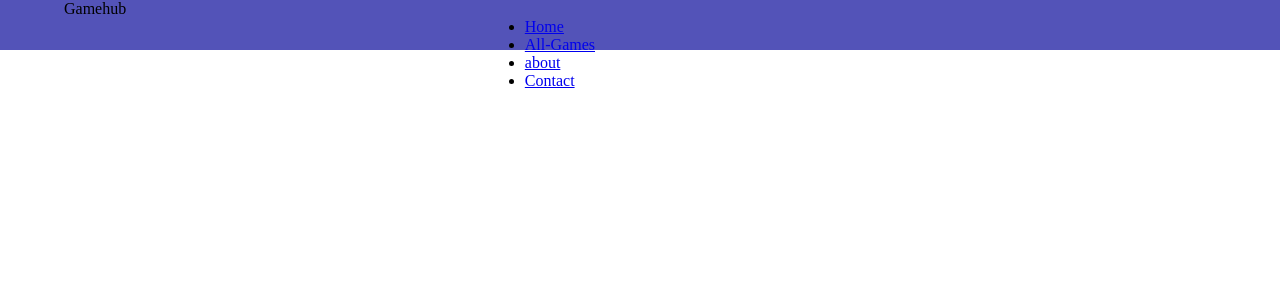
Repository: Fariaddd/New-CA-
Page: index.html
These files come from the project's save history. The page is drawn as it stood at one moment and after the next save; the edit follows.
The browser window is 1280 px wide. The pictures show the whole page.

Above is the page before, as saved 2021-11-13 17:51:53.

### index.html
<!DOCTYPE html>
<html lang="en">
  <head>
    <meta charset="UTF-8" />
    <meta http-equiv="X-UA-Compatible" content="IE=edge" />
    <meta name="viewport" content="width=device-width, initial-scale=1.0" />
    <title>Homepage</title>
    <link rel="stylesheet" href="./css/styles.css" />
  </head>
  <body>
    <header>
      <nav>
        <div class="Logo">Gamehub</div>
        <ul class="links">
          <li><a href="index.html">Home</a></li>
          <li><a href="allgames.html">All-Games</a></li>
          <li><a href="about.html">about</a></li>
          <li><a href="contact.html">Contact</a></li>
        </ul>
      </nav>
    </header>
  </body>
</html>

### css/styles.css
nav {
  position: fixed;
  z-index: 10;
  left: 0;
  right: 0;
  top: 0;
  font-family: "montserrat" sans-serif;
  padding: 0 5%;
  height: 50px;
  background-color: rgb(83, 83, 184);
}

nav .logo {
  float: right;
}

nav .links {
  float: right;
  padding: 0;
  margin: 0;
  width: 60%;
  height: 100%;
}

After the next save:
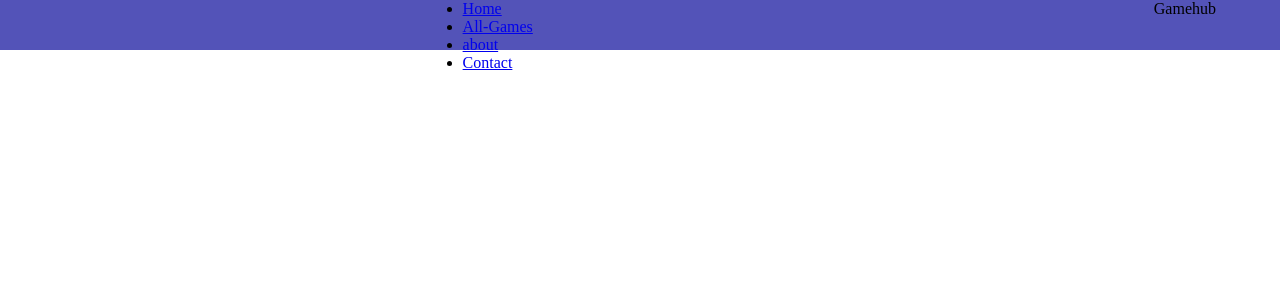
Saved 9 s later.
--- a/index.html
+++ b/index.html
@@ -10,7 +10,7 @@
   <body>
     <header>
       <nav>
-        <div class="Logo">Gamehub</div>
+        <div class="logo">Gamehub</div>
         <ul class="links">
           <li><a href="index.html">Home</a></li>
           <li><a href="allgames.html">All-Games</a></li>
